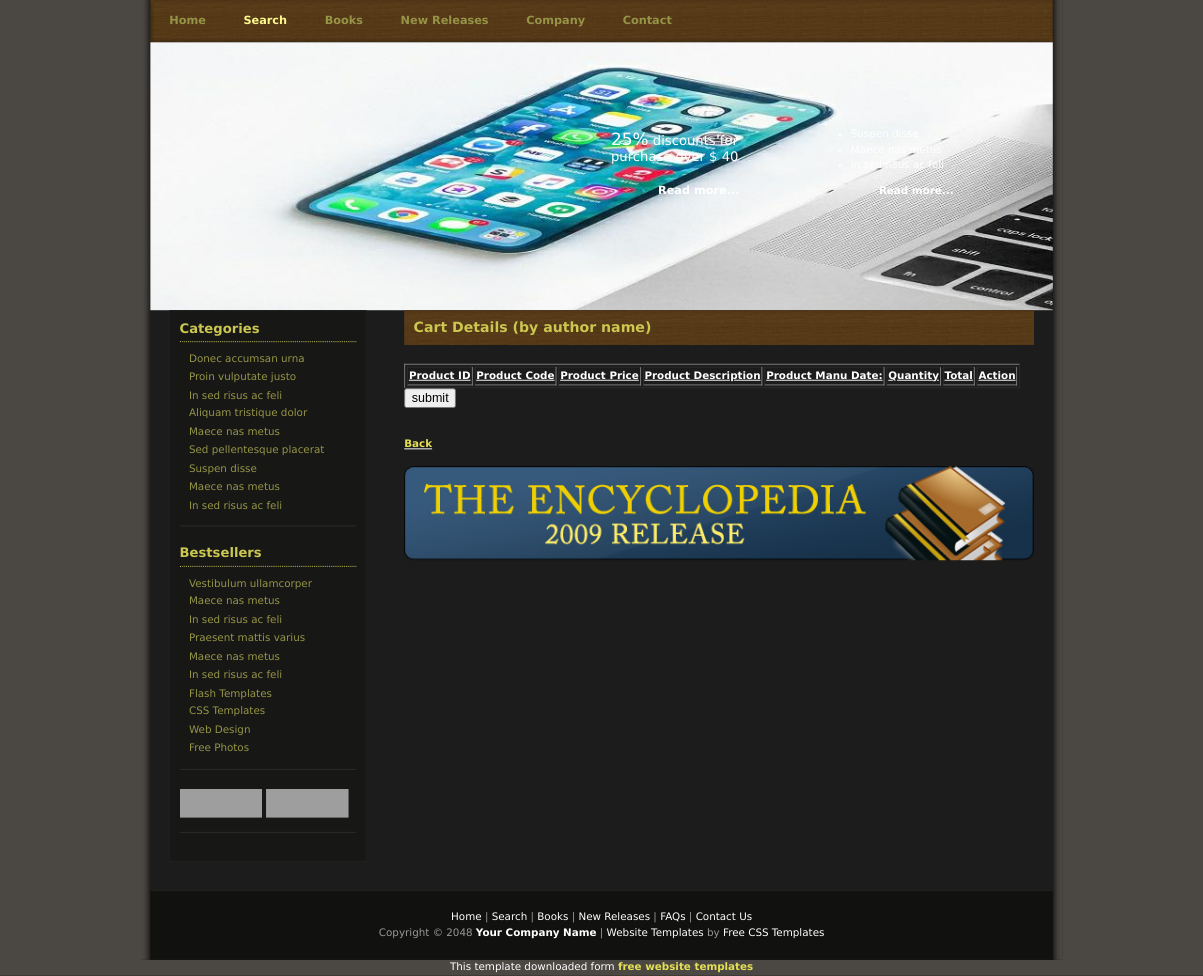
Repository: priyankamergu/MyAllProjects
Page: http://localhost/OnlineShopping/addToCart.jsp
These files come from the project's save history. The page is drawn as it stood at one moment and after the next save; the edit follows.
The browser window is 1280 px wide. The pictures show the whole page, at 94% of full size.
Pictures or frames that could not be fetched are drawn as grey boxes. The page is served by Tomcat 9. Other server files are loaded and not shown. The template is opened directly, without the code that normally fills it, so the values that code supplies are empty.

Above is the page before, as saved 2019-11-22 07:54:44.

### Workspace_JEE7_WEB/OnlineShopping/WebContent/addToCart.jsp
<!DOCTYPE html PUBLIC "-//W3C//DTD XHTML 1.0 Transitional//EN" "http://www.w3.org/TR/xhtml1/DTD/xhtml1-transitional.dtd">
<html xmlns="http://www.w3.org/1999/xhtml">

<%@ taglib prefix="c" uri="http://java.sun.com/jsp/jstl/core"%>
<%@ taglib prefix="fmt" uri="http://java.sun.com/jsp/jstl/fmt"%>
<head>
<meta http-equiv="Content-Type" content="text/html; charset=utf-8" />
<title>Book Store Template, Free CSS Template, TemplateMo.com</title>
<meta name="keywords"
	content="Book Store Template, Free CSS Template, CSS Website Layout, CSS, HTML, TemplateMo.com" />
<meta name="description"
	content="Book Store Template, Free CSS Template, Download CSS Website from TemplateMo.com" />
<link href="templatemo_style.css" rel="stylesheet" type="text/css" />



<script>
function calculatePrice(product_id)
{
	var price=document.getElementById("price"+product_id).value;
	var quantity=document.getElementById("quantity"+product_id).value;

	document.getElementById("total"+product_id).value=parseFloat(price)*parseFloat(quantity);
}
</script>

</head>
<body>
	<!--  Free CSS Templates from www.templatemo.com -->
	<div id="templatemo_container">
		<div id="templatemo_menu">
			<ul>
				<li><a href="index.html">Home</a></li>
				<li><a href="#" class="current">Search</a></li>
				<li><a href="index.html">Books</a></li>
				<li><a href="index.html">New Releases</a></li>
				<li><a href="#">Company</a></li>
				<li><a href="#">Contact</a></li>
			</ul>
		</div>
		<!-- end of menu -->

		<div id="templatemo_header">
			<div id="templatemo_special_offers">
				<p>
					<span>25%</span> discounts for purchase over $ 40
				</p>
				<a href="#" style="margin-left: 50px;">Read more...</a>
			</div>


			<div id="templatemo_new_books">
				<ul>
					<li>Suspen disse</li>
					<li>Maece nas metus</li>
					<li>In sed risus ac feli</li>
				</ul>
				<a href="#" style="margin-left: 50px;">Read more...</a>
			</div>
		</div>
		<!-- end of header -->

		<div id="templatemo_content">

			<div id="templatemo_content_left">
				<div class="templatemo_content_left_section">
					<h1>Categories</h1>
					<ul>
						<li><a href="index.html">Donec accumsan urna</a></li>
						<li><a href="index.html">Proin vulputate justo</a></li>
						<li><a href="#">In sed risus ac feli</a></li>
						<li><a href="#">Aliquam tristique dolor</a></li>
						<li><a href="#">Maece nas metus</a></li>
						<li><a href="#">Sed pellentesque placerat</a></li>
						<li><a href="#">Suspen disse</a></li>
						<li><a href="#">Maece nas metus</a></li>
						<li><a href="#">In sed risus ac feli</a></li>
					</ul>
				</div>
				<div class="templatemo_content_left_section">
					<h1>Bestsellers</h1>
					<ul>
						<li><a href="#">Vestibulum ullamcorper</a></li>
						<li><a href="#">Maece nas metus</a></li>
						<li><a href="#">In sed risus ac feli</a></li>
						<li><a href="#">Praesent mattis varius</a></li>
						<li><a href="#">Maece nas metus</a></li>
						<li><a href="#">In sed risus ac feli</a></li>
						<li><a href="http://www.flashmo.com" target="_parent">Flash
								Templates</a></li>
						<li><a href="http://www.templatemo.com" target="_parent">CSS
								Templates</a></li>
						<li><a href="http://www.webdesignmo.com" target="_parent">Web
								Design</a></li>
						<li><a href="http://www.photovaco.com" target="_parent">Free
								Photos</a></li>
					</ul>
				</div>

				<div class="templatemo_content_left_section">
					<a href="http://validator.w3.org/check?uri=referer"><img
						style="border: 0; width: 88px; height: 31px"
						src="http://www.w3.org/Icons/valid-xhtml10"
						alt="Valid XHTML 1.0 Transitional" width="88" height="31"
						vspace="8" border="0" /></a> <a
						href="http://jigsaw.w3.org/css-validator/check/referer"><img
						style="border: 0; width: 88px; height: 31px"
						src="http://jigsaw.w3.org/css-validator/images/vcss-blue"
						alt="Valid CSS!" vspace="8" border="0" /></a>
				</div>
			</div>
			<!-- end of content left -->

			<div id="templatemo_content_right">
				<h1>
					Cart Details <span>(by author name)</span>
				</h1>

				<form action="CheckOutController" method="post">
				<table border=1>
					<tr>
						<th><u>Product ID </u></th>
						<th><u>Product Code </u></th>
						<th><u>Product Price</u></th>
						<th><u>Product Description</u></th>
						<th><u>Product Manu Date:</u></th>
						<th><u>Quantity</u></th>
						<th><u>Total</u></th>
						<th><u>Action</u></th>

					</tr>
					<c:forEach items="${productList}" var="product" varStatus="status">

						<tr>
							<td><input type="hidden" name="product_id" value="${product.id}" /> ${product.id}</td>
							<td>${product.code}</td>
							<td>${product.description}</td>

							<td>
							<input type="hidden" name="price" name="price${product.id}" id="price${product.id}" value="${product.price}"></input>
							${product.price}</td>
							<td><fmt:formatDate value="${product.manfDate}"
									pattern="dd/MM/yyyy" /></td>

							<td><input type="text" name="quantity${product.id}" id="quantity${product.id}" value=1 onblur="calculatePrice(${product.id})"/></td>
								<td><input type="text" name="total${product.id}"    disabled="disabled"  id="total${product.id}" value="${product.price}" onblur="calculatePrice(${product.id})"/></td>


							<td><a href="ProductDatabaseController?action=deleteFromCart&index=${status.index}">Remove</a></td>
						</tr>



						<div class="cleaner_with_height">&nbsp;</div>
					</c:forEach>
				</table>
				</form>
				<input type="submit" value ="submit"/>
				<br><br>
				<h4><u><a href="ProductDatabaseController">Back</a></u></h4>


				<a href="index.html"><img src="images/templatemo_ads.jpg" alt="css template ad" /></a>

			</div>
			<!-- end of content right -->

			<div class="cleaner_with_height">&nbsp;</div>
		</div>
		<!-- end of content -->

		<div id="templatemo_footer">
			<a href="index.html">Home</a> | <a href="index.html">Search</a> | <a
				href="index.html">Books</a> | <a href="#">New Releases</a> | <a
				href="#">FAQs</a> | <a href="#">Contact Us</a><br /> Copyright ©
			2048 <a href="#"><strong>Your Company Name</strong></a> | <a
				href="http://www.iwebsitetemplate.com" target="_parent">Website
				Templates</a> by <a href="http://www.templatemo.com" target="_parent">Free
				CSS Templates</a>
		</div>
		<!-- end of footer -->
		<!--  Free CSS Template www.templatemo.com -->
	</div>
	<!-- end of container -->
	<div align=center>
		This template downloaded form <a
			href='http://all-free-download.com/free-website-templates/'>free
			website templates</a>
	</div>
</body>
</html>

### Workspace_JEE7_WEB/OnlineShopping/WebContent/templatemo_style.css
/*
CSS Credit: http://www.templatemo.com/
*/

body {
	margin: 0;
	padding: 0;
	line-height: 1.5em;
	font-family: Verdana, Arial, san-serif;
	font-size: 11px;
	color: #ffffff;
	background: #4b4743;
}

a:link, a:visited { color: #e6e154; text-decoration: none; font-weight: bold;}
a:active, a:hover { color: #e6e154; text-decoration: underline;}

p {
	margin: 0px;
	padding: 0px;
}

img {
	margin: 0px;
	padding: 0px;
	border: none;
}


.cleaner {
	clear: both;
	width: 100%;
	height: 1px;
	font-size: 1px;
}

.cleaner_with_height {
	clear: both;
	width: 100%;
	height: 30px;
	font-size: 1px;
}

.cleaner_with_width {
	float: left;
	width: 20px;
	height: 30px;
	font-size: 1px;
}

.buy_now_button a{
	clear: both;
	text-align: center;
	display: block;
	width: 100px;
	padding: 4px 0 5px 0;
	margin-bottom: 10px;
	background: url(images/templatemo_btn_02.jpg) no-repeat;
	color: #FFFFFF;
	font-weight: bold;
	text-decoration: none;
}

.detail_button a{
	clear: both;
	text-align: center;
	display: block;
	width: 100px;
	padding: 4px 0 5px 0;
	margin-bottom: 10px;
	background: url(images/templatemo_btn_01.jpg) no-repeat;
	color: #ffffff;
	font-weight: bold;
	text-decoration: none;
}

#templatemo_container{
	width: 960px;
	margin: 0 auto;
	padding: 0 10px;
	background: #1c1c1b url(images/templatemo_bg.jpg) repeat-y;
}


/* menu */

#templatemo_menu {
	clear: both;
	width: 960px;
	height: 45px;
	background: url(images/templatemo_menu_bg.jpg) no-repeat;
}

#templatemo_menu ul {
	padding: 13px 0 0 0;
	margin: 0;
	list-style: none;
}

#templatemo_menu ul li{
	display: inline;
}

#templatemo_menu ul li a{
	float: left;
	padding: 0 20px;
	font-size: 12px;
	font-weight: bold;
	text-align: center;
	text-decoration: none;
	color: #969547;
}

#templatemo_menu li a:hover, #templatemo_menu li .current{
	color: #fcf88e;
}

/* end of menu*/

/* header */
#templatemo_header {
	clear: both;
	width: 960px;
	height: 285px;
	padding: 0;
	margin: 0;
	background: url(images/headermain.jpg) no-repeat;
}

#templatemo_header a,a:hover {
	color: #ffffff;
}

#templatemo_header #templatemo_special_offers {
	float: left;
	font-size: 14px;
	margin-top: 95px;
	margin-left: 490px;
	width: 180px;
}

#templatemo_special_offers a {
	font-size: 12px;
}

#templatemo_special_offers  p {
	margin: 0 0 20px 0;
}
#templatemo_special_offers p span {
	font-size: 18px;
}

#templatemo_header #templatemo_new_books {
	float: left;
	margin-top: 90px;
	margin-left: 55px;
	width: 180px;
}

#templatemo_new_books ul {
	 margin: 0 0 10px 0;
	 padding: 0 0 0 20px;
}

#templatemo_new_books li {
	 margin: 0;
	 padding: 0;
}


/* end of header */


/* content */
#templatemo_content {
	clear: both;
	width: 920px;
	padding: 0 20px;
}

#templatemo_content #templatemo_content_left {
	float: left;
	width: 188px;
	padding: 10px;
	background-color: #171716;
	border: 1px solid #212120;
}

#templatemo_content #templatemo_content_right {
	float: right;
	width: 670px;
}


#templatemo_content_left .templatemo_content_left_section{
	clear: both;
	padding-bottom: 10px;
	border-bottom: 1px solid #2b2b2a;
	margin-bottom: 20px;
}

.templatemo_content_left_section h1 {
	font-size: 14px;
	color: #cbc750;
	padding: 0 0 5px 0;
	margin: 0 0 10px 0;
	border-bottom: 1px dotted #cbc750;
}

.templatemo_content_left_section ul {
	padding: 0;
	margin: 0;
}

.templatemo_content_left_section ul li{
	padding: 0 0 3px 10px;
	list-style: none;
}

.templatemo_content_left_section ul li a{
	font-weight: normal;
	text-decoration: none;
	color: #969547;
}

.templatemo_content_left_section li a:hover, .templatemo_content_left_section li .current{
	color: #fcf88e;
}





#templatemo_content_right .templatemo_product_box {
	float: left;
	width: 303px;
	height: 210px;
	padding: 10px;
	border: 1px solid #333;
}

#templatemo_content_right h1 {
	padding: 10px;
	margin: 0 0 20px 0;
	font-size: 15px;
	color: #cbc750;
	background: url(images/templatemo_h1_bg.jpg);
}

#templatemo_content_right h2 {
	padding: 0 0 0 0;
	margin: 0 0 20px 0;
	font-size: 12px;
	color: #e6e154;
}

#templatemo_content_right h3 {
	padding: 0;
	margin: 0 0 20px 0;
	font-size: 18px;
	color: #85391f;
}

#templatemo_content_right ul {
	margin: 0 0 20px 0;
	padding: 0 0 0 20px;
	list-style: none;
}

#templatemo_content_right li {
	padding: 0 0 3px 0;
}

#templatemo_content_right .image_panel {
	float: left;
	width: 100px;
	margin-right: 20px;
}

#templatemo_content_right p {
	text-align: justify;
	padding: 0 0 8px 0;
}

.templatemo_product_box h1 span {
	font-weight: normal;
}

.templatemo_product_box img {
	float: left;
	margin-right: 20px;
}

.templatemo_product_box .product_info {
	float: left;
	width: 180px;
}

.product_info p {
	margin-bottom: 15px;
}

/* end of content */

/* footer */
#templatemo_footer {
	clear: both;
	width: 960px;
	padding: 20px 0px 20px 0;
	text-align: center;
	border-top: 1px solid #25211e;
	color: #999;
	background-color: #111110;
}

#templatemo_footer a{
	color: #fff;
	font-weight: normal;
}
/* end of footer */

After the next save:
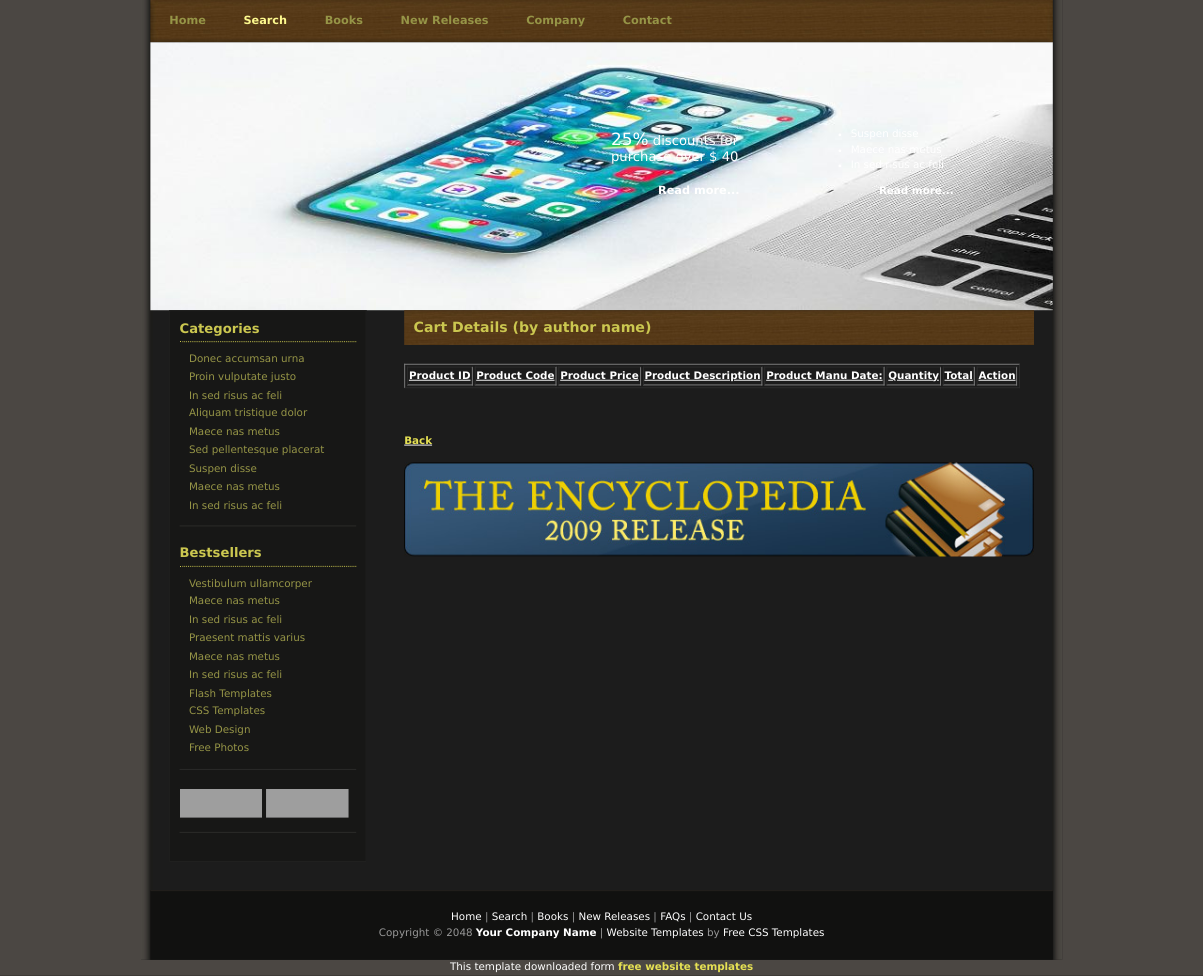
Saved 2 h 51 min later.
--- a/Workspace_JEE7_WEB/OnlineShopping/WebContent/addToCart.jsp
+++ b/Workspace_JEE7_WEB/OnlineShopping/WebContent/addToCart.jsp
@@ -155,7 +155,7 @@ function calculatePrice(product_id)
 					</c:forEach>
 				</table>
 				</form>
-				<input type="submit" value ="submit"/>
+				<a href=""></a>
 				<br><br>
 				<h4><u><a href="ProductDatabaseController">Back</a></u></h4>
 
